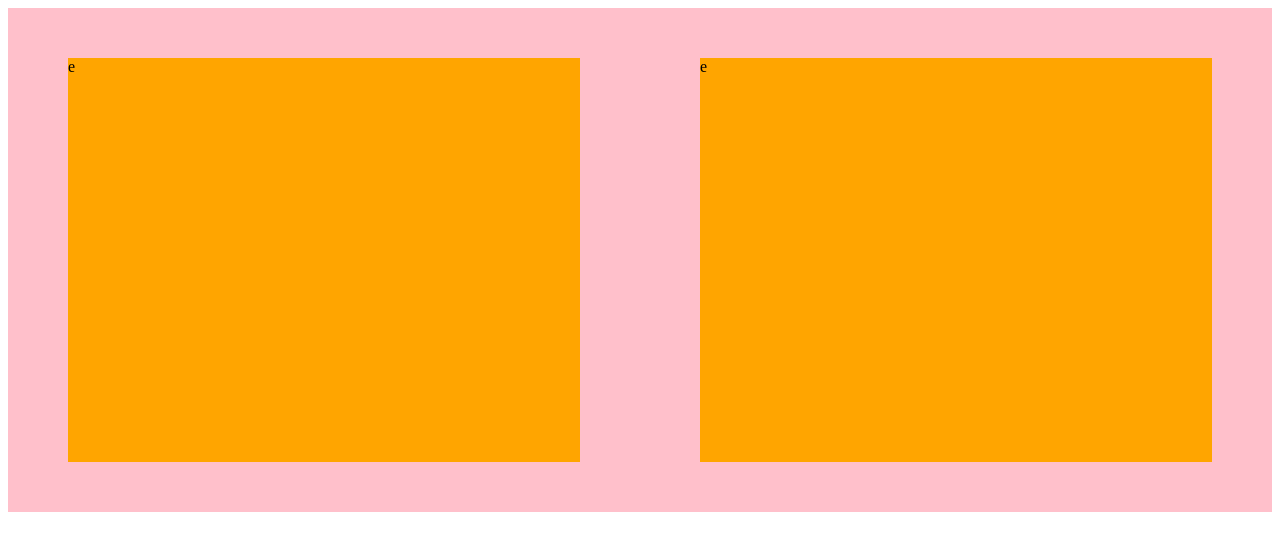
Repository: mel-in-a/vinted-front-clone
Page: html/offer.html
The author's editor kept a copy of each file at every save. The page is drawn from the files as they stood at one save, then again after the next save.
The browser window is 1280 px wide. The pictures show the whole page.

Above is the page before, as saved 2021-07-29 16:20:23.

After the next save:
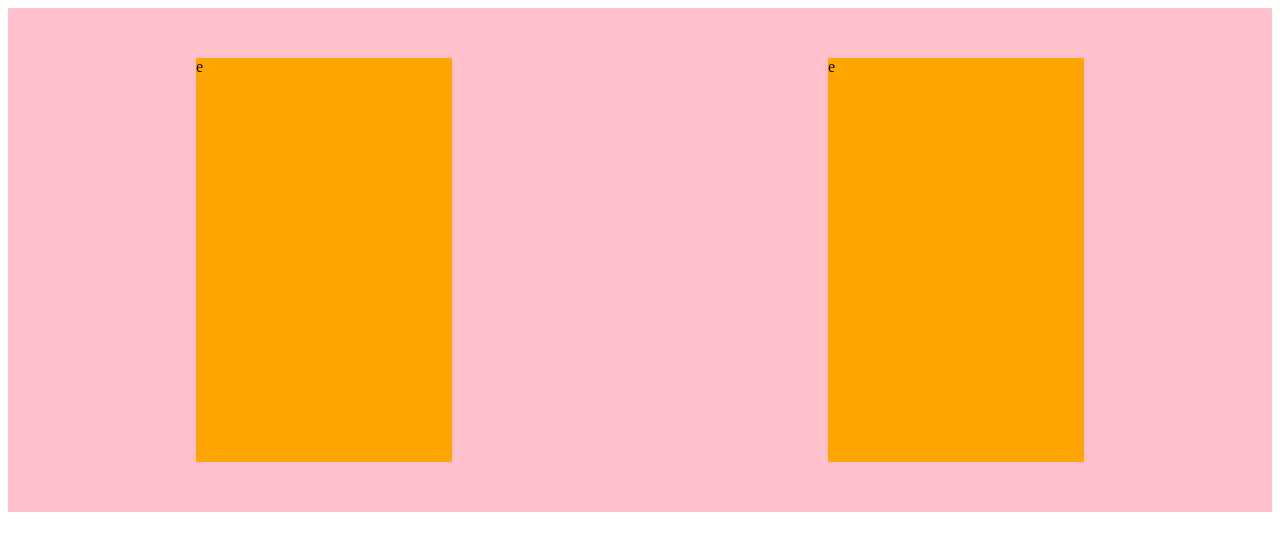
Saved 5 s later.
--- a/html/offer.css
+++ b/html/offer.css
@@ -9,7 +9,7 @@
   }
 
   .left, .right {
-    width: 40vw;
+    width: 20vw;
     background-color: orange;
     height: 80%;
   }
